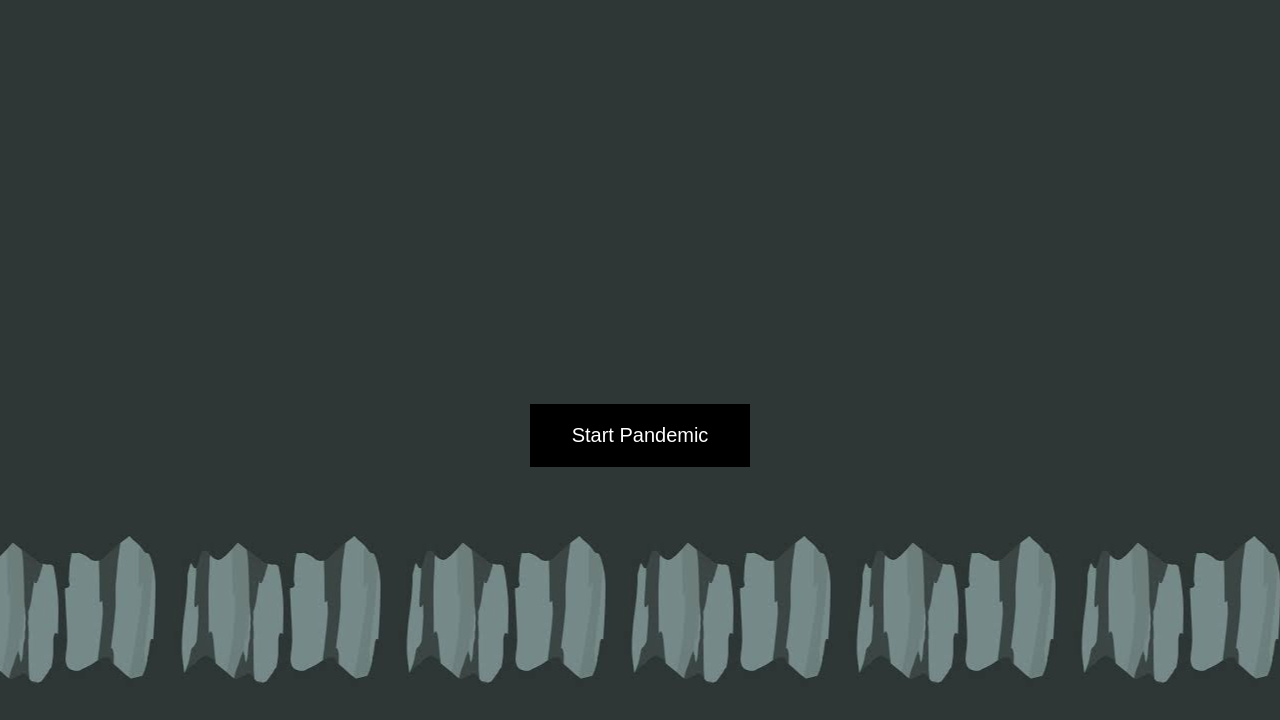
Repository: mindfoo/project-game
Page: index.html
These files come from the project's save history. The page is drawn as it stood at one moment and after the next save; the edit follows.
The browser window is 1280 px wide. The pictures show the whole page.

Above is the page before, as saved 2020-03-25 20:51:02.

### index.html
<!DOCTYPE html>
<html lang="en">
  <head>
    <meta charset="UTF-8" />
    <meta name="viewport" content="width=device-width;
    initial-scale=1; maximum-scale=1; user-scalable=0;"/>
    <meta http-equiv="X-UA-Compatible" content="ie=edge" />
    <link rel="stylesheet" href="styles/style.css" />
    <title>Project | Flappy Corona</title>
  </head>
  <body>

    <div id="game-board">
      <canvas id="canvas"></canvas>

      <button class="start" id="start-button">Start Pandemic</button>
    </div>

    <script type="text/javascript" src="js/obstacles.js"></script>
    <script type="text/javascript" src="js/player.js"></script>
    <script type="text/javascript" src="js/background.js"></script>
    <script type="text/javascript" src="js/game.js"></script>
    <script type="text/javascript" src="js/script.js"></script>
  </body>
</html>

### styles/style.css
@import url('https://fonts.googleapis.com/css2?family=Sen:wght@400;700;800&display=swap');


html, body {
  overflow: hidden;
  margin: 0;
  padding: 0;
  background: #2e3736 url(../images/cave.jpeg) repeat-x bottom;
  width: 100vw;
  height: 100vh;
  position: relative;
  display: flex;
  text-align: center;
  align-items: center;
  justify-content: center;
}

canvas{
  z-index: 1;
  background: #2f3736;
  z-index: 1;
}

body > * {
  font-family: 'Sen', sans-serif;
  font-weight: 800;
}

body h1 {
  font-size: 30px;
  text-transform: uppercase;
}

body button {
  font-size: 20px;
  background-color: black;
  color: #fff;
  padding: 20px 30px;
  border: 0;
  margin: 40px;
}

#game-board {
  display: flex;
  flex-direction: column;
}

### js/obstacles.js
class ObstaclePipes {
    constructor(game) {
      this.game = game;
      this.ctx = game.ctx;

      this.x = this.game.width;
      this.y = Math.floor(Math.random() * this.game.height);

      //if (this.y < 20) this.x += 20;
      //if (this.x > this.game.width - 20) this.x -= 30;
      this.height = 2177/5;
      this.width = 1587/5;

      this.speed = 3;

      this.position = [];

      this.image = new Image();
      this.image.src = "./images/virus-sprite.png";
      this.image.src = "./images/virus-sprite.png";
    }
    drawObstacle() {
      this.ctx.drawImage(this.image, this.x, this.y, this.width, this.height);
    }
    update() {
      this.x -= this.speed;
    }
  }

### js/player.js
class Player {
  constructor(game) {
    this.game = game;
    this.ctx = game.ctx;
    this.x = 20;
    this.y = this.game.height / 2;
    this.width = 40;
    this.height = 35;

    this.speedY = 0;
    this.gravity = 0.05;
    this.gravitySpeed = 0;

    this.image = new Image();
    this.image.src = "./images/flappy.png";
  }
  // only draws the player
  drawPlayer() {
    this.ctx.drawImage(this.image, this.x, this.y, this.width, this.height);
    //console.log(this.speedY , this.speedX);
  }

  update() {
    this.y += this.speedY;

    if (this.y < 0) {
      this.speedY = 1;
      this.y = 0;
    }
    if (this.y >= this.game.height - this.height) {
      this.speedY = 0;
    }
  }

  setControls() {

    window.addEventListener("keydown", event => {
      /*
      if (event.keyCode === 38) {
        this.speedY = -1;
      }
      if (event.keyCode === 40) {
        this.speedY = 1;
      }
      if (event.keyCode === 37) {
        this.speedX = -1;
      }
      if (event.keyCode === 39) {
        this.speedX = 1;
      }
      */
      if (event.keyCode === 32) {
        event.preventDefault();
        //console.log("pressed");

        this.speedY = -1;
        this.gravity = -.2;
        this.update();
      }
    });

    window.addEventListener("keyup", event => {
      if (event.keyCode === 32) {
        event.preventDefault();
        this.speedY *= -1;
      }
    });

  }

  // sets gravity on the position????
  newPos() {
    this.gravitySpeed += this.gravity;
    this.y += this.speedY - this.gravitySpeed;
  }
}

### js/background.js
class infiniteBackground {
    constructor(game){
        this.game = game;
        this.ctx = game.ctx;

        this.x = 0;
        this.y = 0;
        this.width = 255;//900
        this.height = 255;//504
        this.scrollSpeed = 1;

        this.image = new Image();

        this.image.src = "./images/cave.jpeg";

    }
    drawBackground(){
        //console.log("drawing bg" + this.scrollSpeed)
        // draw image 1
        this.ctx.drawImage(this.image, this.x, this.y, this.width, this.height);
        // draw image 2
        this.ctx.drawImage(this.image, this.x + this.game.width, this.y, this.width, this.height);

        // update image height
        this.x -= this.scrollSpeed;
        //console.log(this.x);

        // resetting the images when the first image entirely exits the screen
        if (this.x < -this.game.width) {
            this.x = 0;
            //console.log("this");
        }


    }
}

### js/game.js
class Game {
  constructor(canvas) {
    this.canvas = canvas;
    this.ctx = canvas.getContext("2d");
    //this.width = canvas.width;
    //this.height = canvas.height;
    this.width = window.innerWidth;
    this.height = window.innerHeight;

    this.background = new infiniteBackground(this);
    //this.obstacle = new ObstaclePipes(this);
    this.animationId;

    this.player = new Player(this);
    this.player.setControls();

    this.frame = 0;
    this.obstaclesArray = [];
    this.scoreArray = [];
    //Helper for obstacle creation
    this.frame = 0;

    this.gameStatus = "game";
  }

  start() {
    //console.log("I started the game");
    if (this.gameStatus === "game") {
      this.animation();
    }
  }
  draw() {
    //console.log("I draw the game");
    this.ctx.clearRect(0, 0, this.width, this.height);
    this.background.drawBackground();
    this.player.drawPlayer();

    //Iterate over the obstacles
    for (let obstacle of this.obstaclesArray) {
      obstacle.drawObstacle();
    }
  }


  obstaclesExistence() {
    for (let obstacle of this.obstaclesArray) {
      obstacle.update();

      if (this.checkCollision(this.player, obstacle)) {
        this.gameStatus = "game-over";
      }

      if (obstacle.x < 0) {
        this.obstaclesArray.shift();
        this.scoreArray.push(1);
        console.log(this.scoreArray);
      }
    }
  }


  checkCollision(player, object) {
    if (object) {
      return (
        player.x < object.x + object.width &&
        player.x + player.width > object.x &&
        player.y < object.y + object.height &&
        player.y + player.height > object.y
      );
    }
  }

  gameOver() {
    this.ctx.save();
    this.ctx.fillStyle = 'rgba(255, 165, 0, 0.5)';
    this.ctx.fillRect(0, 0, this.width, this.height);
    this.ctx.fillStyle = '#222222';
    this.ctx.font = "italic small-caps bold 12px Sen";

    this.ctx.fillText(`GAME OVER!`, this.width / 2, this.height - 80);
    this.ctx.fillText(
      `YOU AVOIDED ${this.scoreArray.length} OBSTACLE(S)`,
      this.width / 8,
      100
    );

    this.ctx.restore();
    //this.player.carCrashAudio.play();
  }



  animation() {
    this.draw();
    this.update();
    this.animationId = window.requestAnimationFrame(() => {
      if (this.gameStatus === "game") {
        this.animation();
      }
      if (this.gameStatus === "game-over") {
        window.cancelAnimationFrame(this.animationId);
        this.gameOver();
      }
    });
  }

  update() {
    this.frame++;
    //console.log("I updated");
    this.player.update();
    //Append obstacles being created into array
    if (this.frame % 120 === 0) {
      this.obstaclesArray.push(new ObstaclePipes(this));
    }
    this.obstaclesExistence();
  }
}

### js/script.js
window.onload = function() {
  const canvas = document.querySelector("canvas");
  const game = new Game(canvas);

  document.getElementById("start-button").onclick = function() {
    event.preventDefault();
    game.start();
  };




};

After the next save:
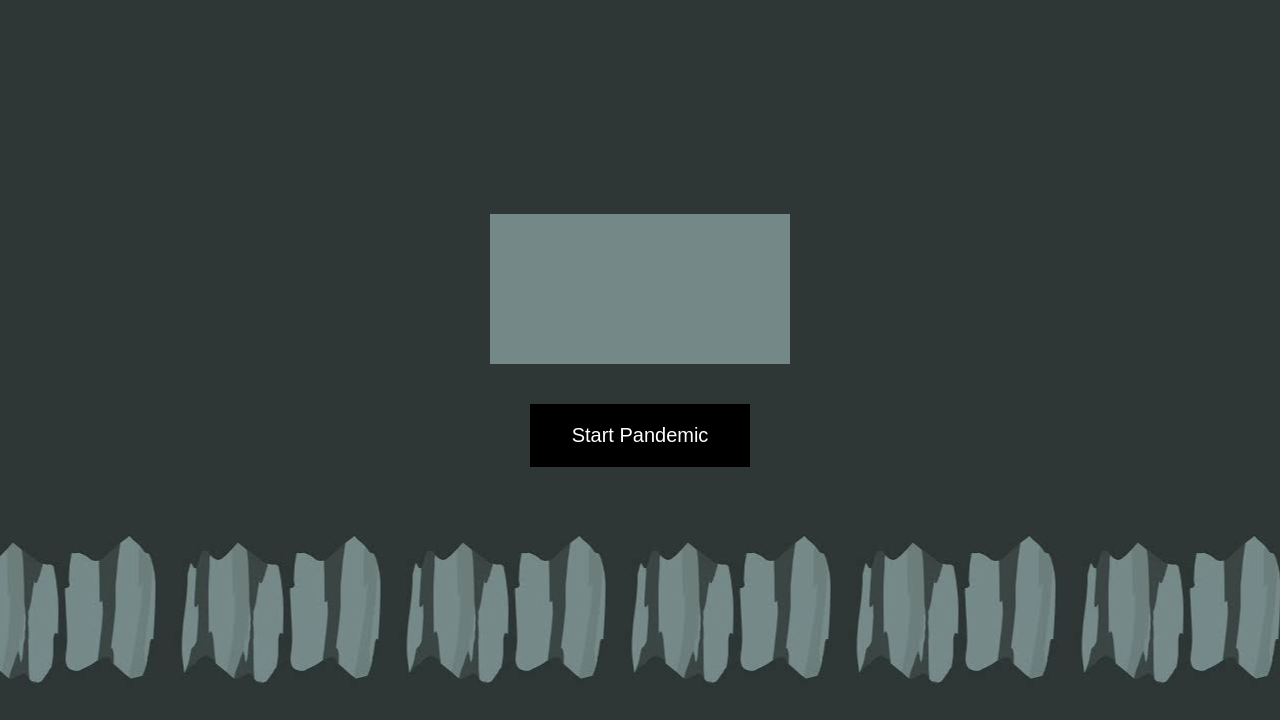
Saved 37 s later.
--- a/styles/style.css
+++ b/styles/style.css
@@ -17,8 +17,7 @@ html, body {
 
 canvas{
   z-index: 1;
-  background: #2f3736;
-  z-index: 1;
+  background: #758888;
 }
 
 body > * {
